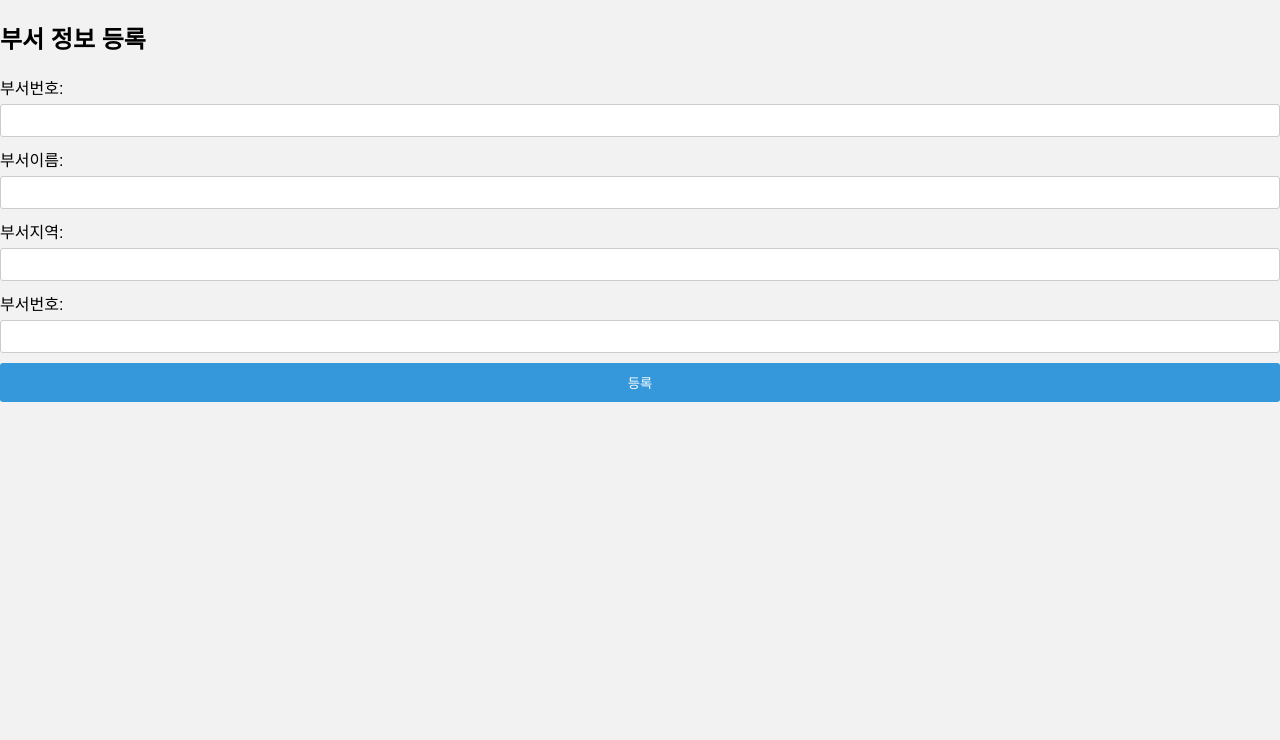
Repository: sieoh/2024html-
Page: http://localhost/jspweb_08/departform.jsp
The author's editor kept a copy of each file at every save. The page is drawn from the files as they stood at one save, then again after the next save.
The browser window is 1280 px wide. The pictures show the whole page.
The page is served by Tomcat 9.

Above is the page before, as saved 2024-01-12 03:18:04.

After the next save:
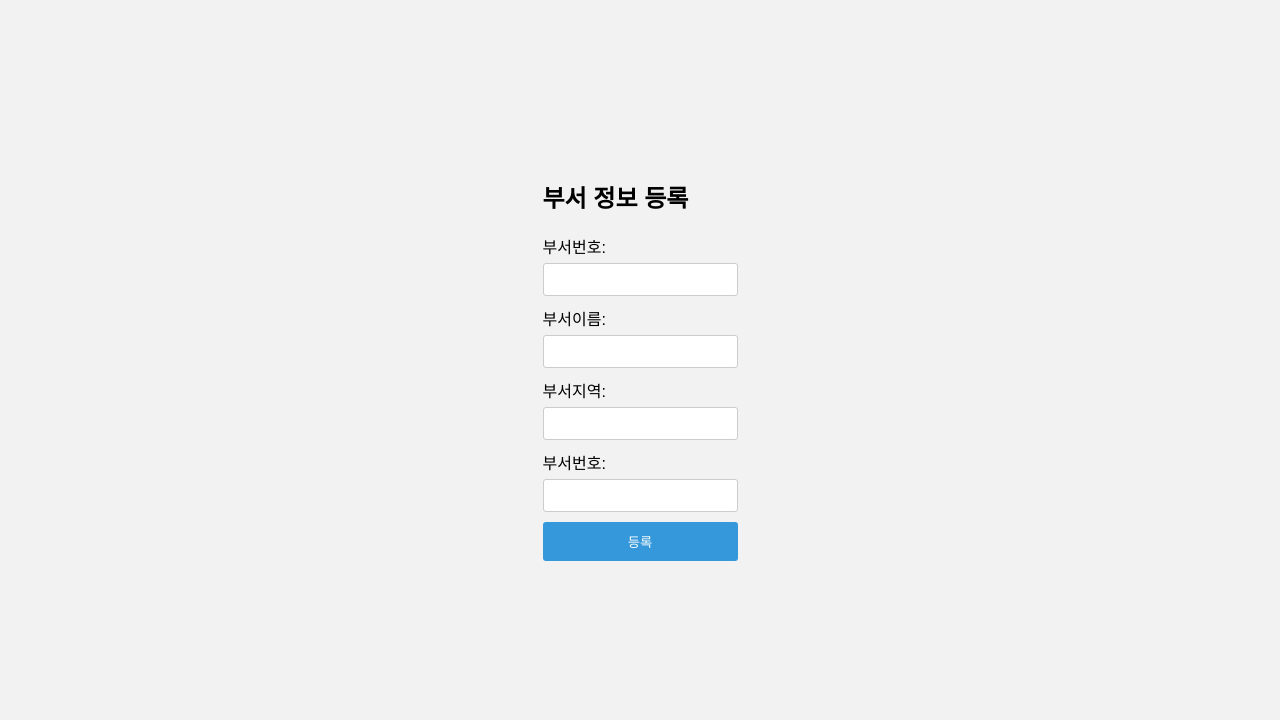
Saved 45 s later.
--- a/workspace_sts/jspweb_08/src/main/webapp/departform.jsp
+++ b/workspace_sts/jspweb_08/src/main/webapp/departform.jsp
@@ -13,6 +13,7 @@
 		background-color: #f2f2f2;
 		margin: 0;
 		padding: 0;
+		display: flex;
 		justify-content: center;
 		align-items: center;
 		height: 100vh;
